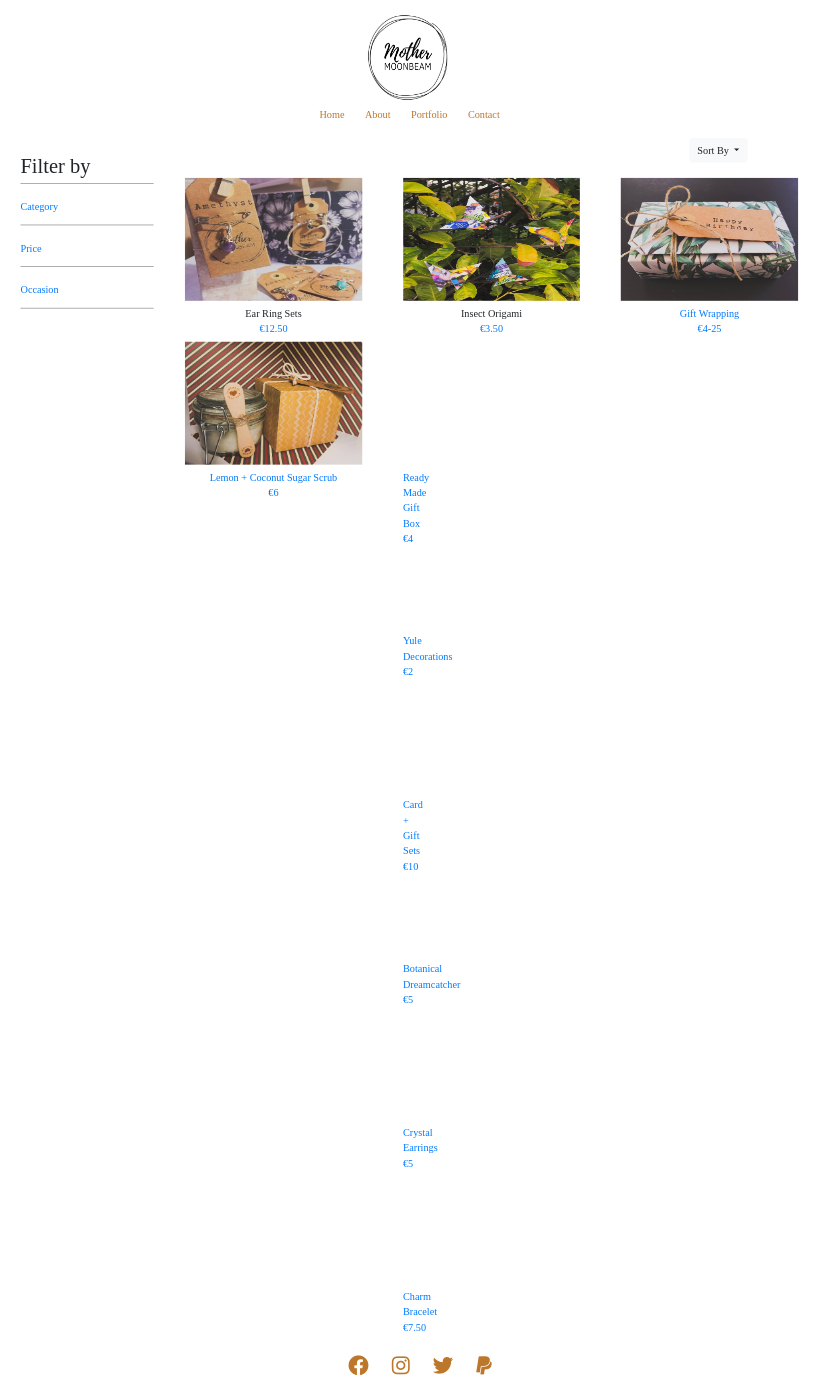
Repository: brianscan14/FE-1st-Milestone-Project
Page: Porfolio.html
The author's editor kept a record of every edit. The page is drawn from the files as they stood at one moment, then again after the next edit.
The browser window is 1280 px wide. The page is 1295 px wide, so the pictures cover 1295 px, including what lies to the right of the window. The pictures show the whole page, at 64% of full size.
Some web libraries are served in a nearby version.

Above is the page before.

After the next edit:
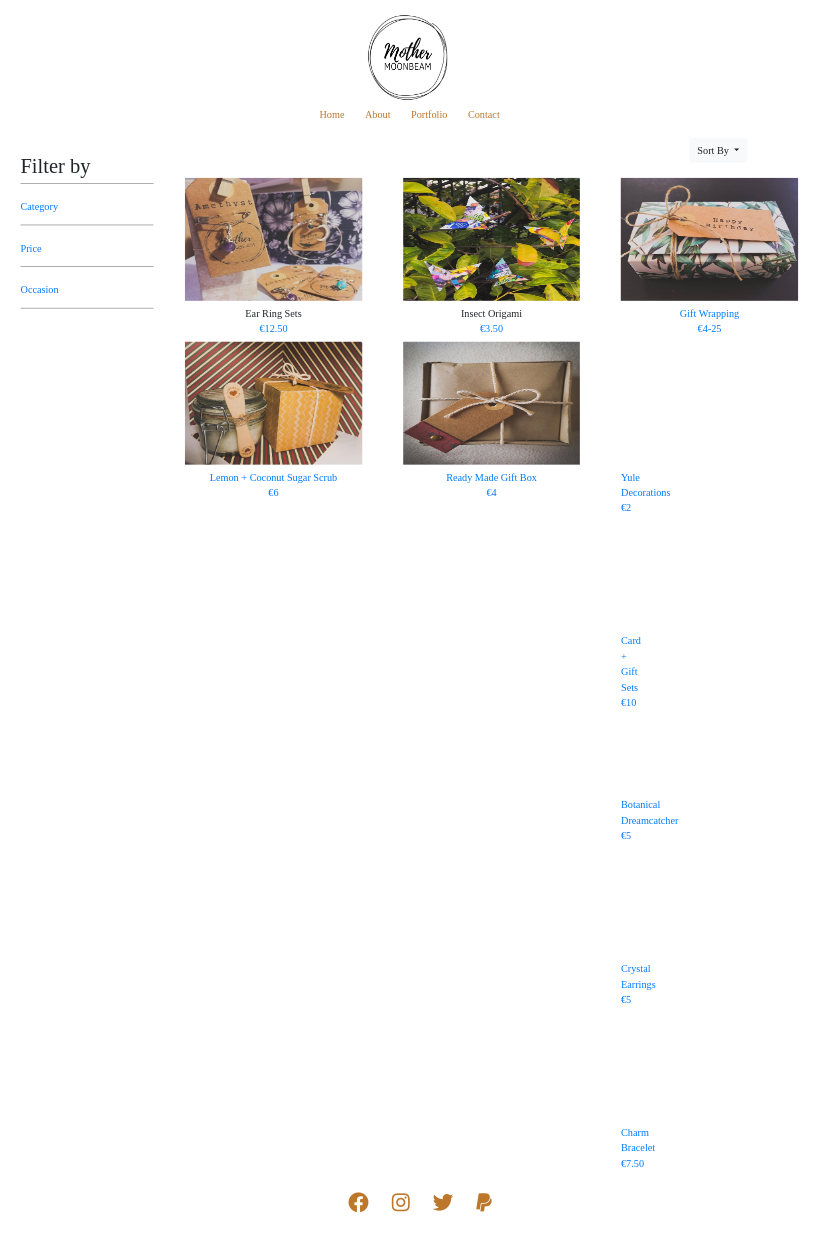
The edit:
--- a/Porfolio.html
+++ b/Porfolio.html
@@ -160,7 +160,7 @@
     <div class="col-6 col-md-4 shop-item">
             <img class="shop-item1" src="./assets/images/shopitems/item5.jpg"></img>
         <div class="shop-photo-title">Ready Made Gift Box
-            <p>€4</p>
+            <a href="#"><p>€4</p>
         </div>
     </div>
     <div class="col-6 col-md-4 shop-item">
